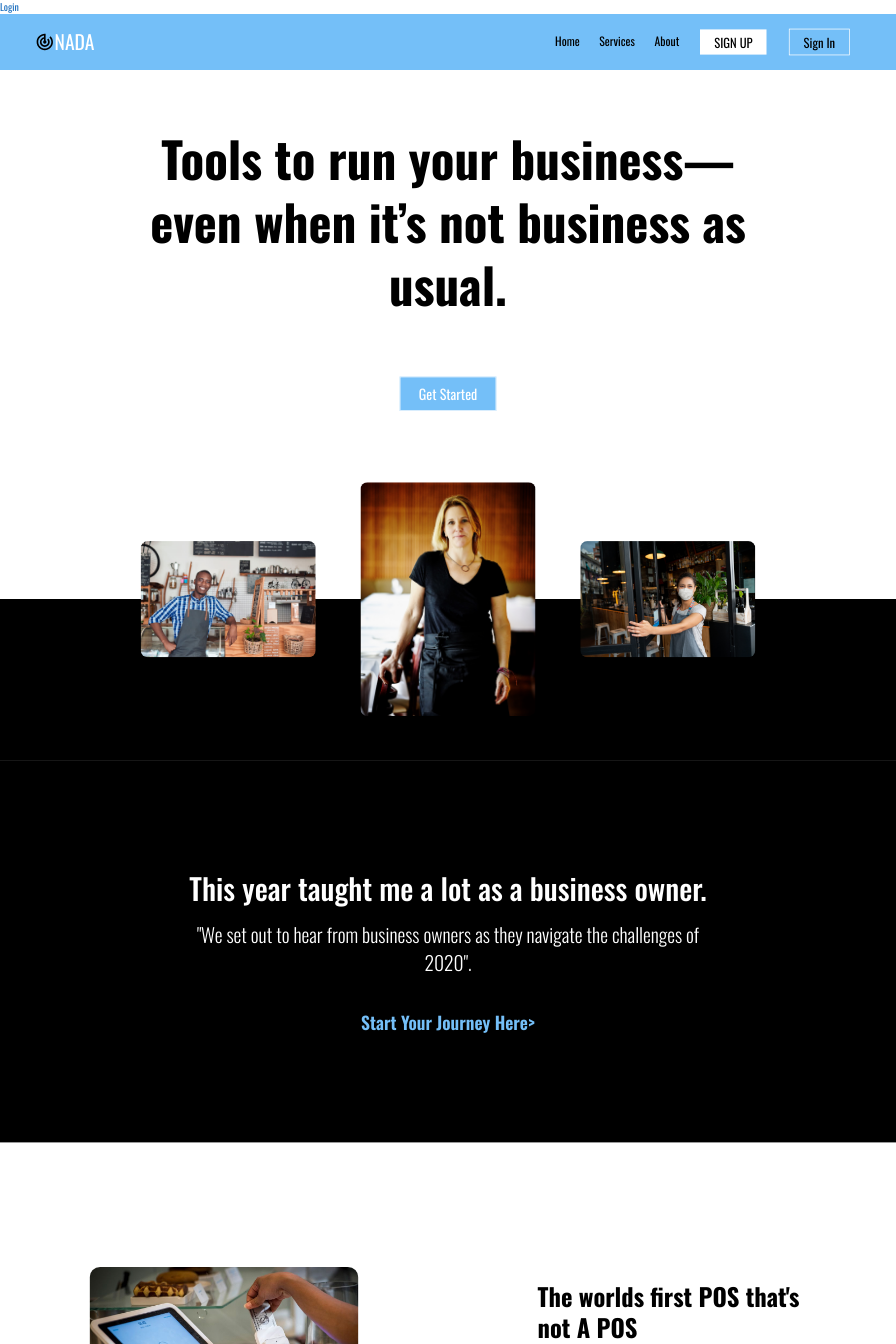
Repository: ThorHlavaty/final-project
Page: / (app in client/)
These files come from the project's save history. The page is drawn as it stood at one moment and after the next save; the edit follows.
The browser window is 1280 px wide. The pictures show the part of the page from y = 0 to 1920 px (the page is 2847 px tall before and 2827 px after), at 70% of full size.
The page's requests for data from a server got no answer. The project was rebuilt for these pictures with package versions that can differ from the ones it lists, and the page was loaded fresh each time. No one was signed in, and anything a server would have sent is missing. Also part of the build but not shown: client/src/pages/Login/Login.js, client/src/Components/TableLayout.css, client/src/Components/TableLayout.js, client/src/Dashboard.js, client/src/data.js, client/src/Components/Order/MenuItem.js, client/src/Components/Order/Menu.js, client/src/Components/Order/OrderCommands.css and 16 more.

Above is the page before, as saved 2020-12-02 16:39:42.

After the next save:
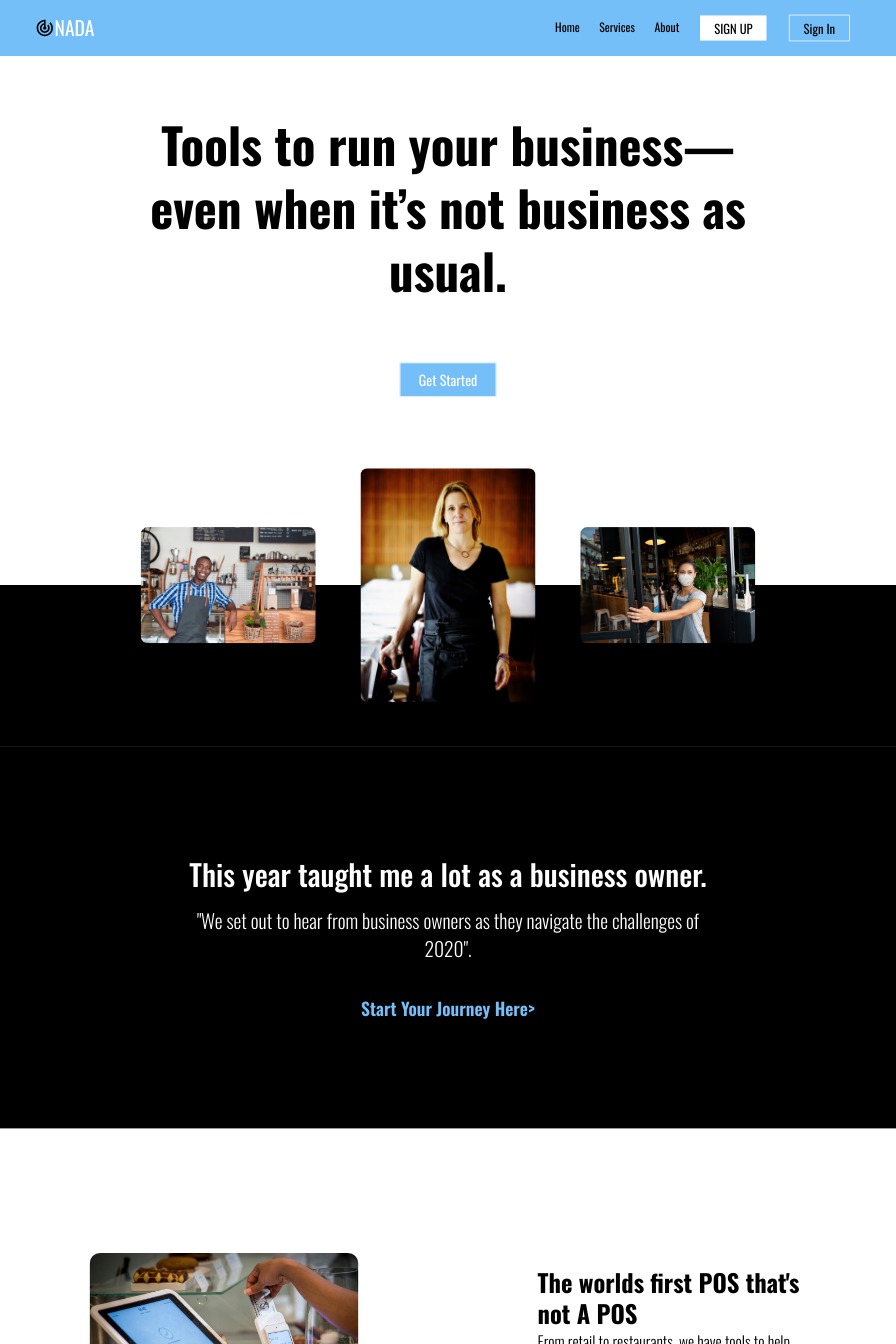
Saved 2 min 12 s later.
--- a/client/src/App.js
+++ b/client/src/App.js
@@ -35,9 +35,9 @@ function App() {
 else{
   return (
     <>
-      {userInfo ? (
+      {/* {userInfo ? (
       <Link to='/' onClick={signoutHandler}>Sign Out</Link>) : (<Link to='/users/login'>Login</Link>)}
-
+ */}
 
       <Switch>
         <Route exact path='/' component={Home}/>
